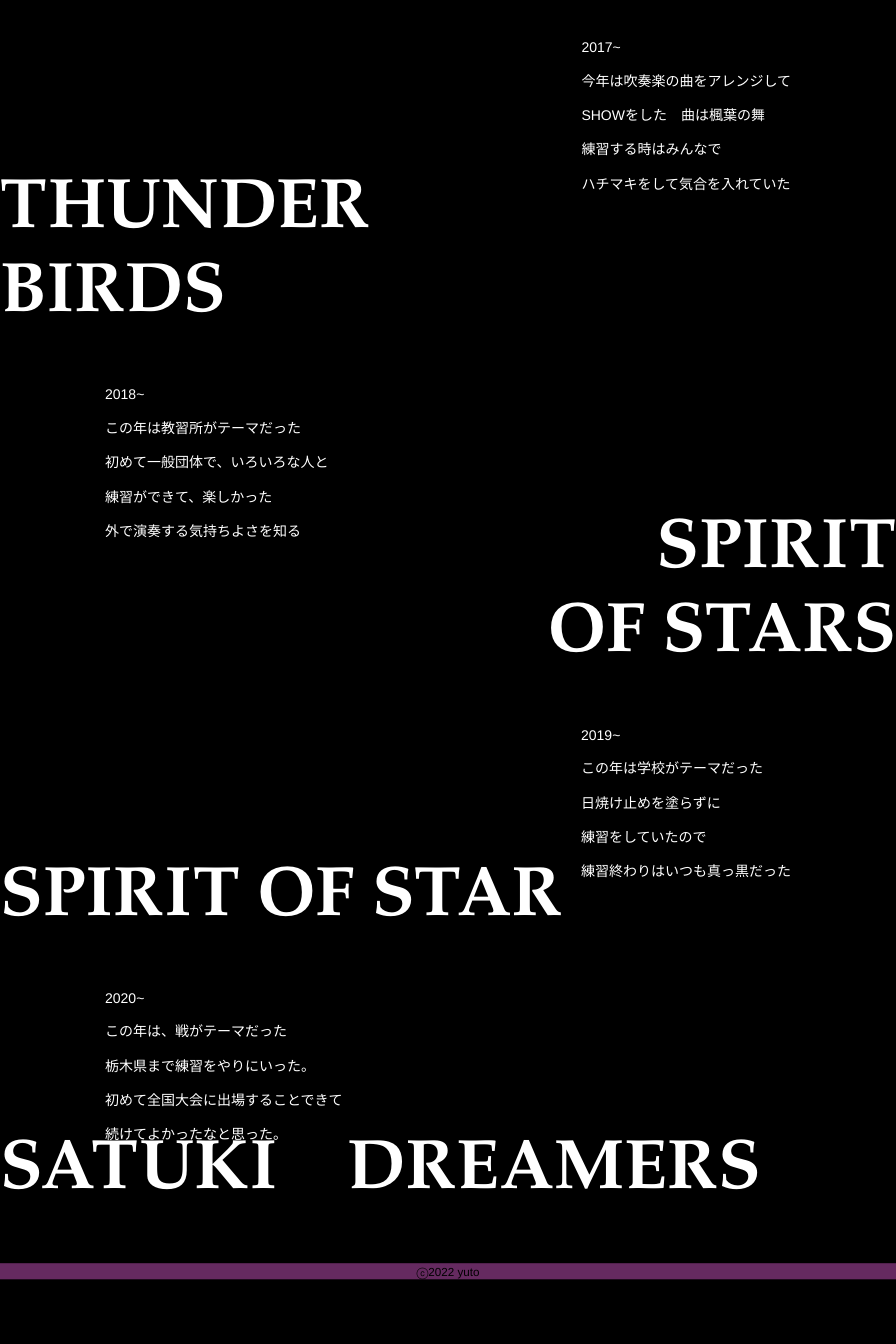
Repository: yutosoma/profile
Page: yuto/marching.html
The author's editor kept a record of every edit. The page is drawn from the files as they stood at one moment, then again after the next edit.
The browser window is 1280 px wide. The pictures show the part of the page from y = 1792 to 3712 px (the page is 3712 px tall), at 70% of full size.

Above is the page before.
Console error: TypeError: Cannot read properties of null (reading 'addEventListener')

### yuto/marching.html
<!DOCTYPE html>
<html lang="en">
<head>
    <meta charset="UTF-8">
    <link rel="stylesheet" href="marching.css">
    <meta name="viewport" content="width=device-width, initial-scale=1.0">
    <meta http-equiv="X-UA-Compatible" content="ie=edge">
    <title>マーチング</title>
</head>

<body>
    <h1>MARCHING HISTORY</h1>
    <div class ="top-container-left">
         <P><img src="image/mar1.png" class= "mar1"></P>
         <div class="explanation-left">
           <p>~2015~</p>
           <p>この年の曲はSMAPのメドレー</p>
           <P>曲中にダンスを取り入れたりして</P>
           <P>見ても楽しい、やっていても楽しい</P>
           <p>SHOWにすることができた</p>

         </div>
   </div>
   <h3 class="left">THUNDER<span class="br"></span> BIRDS</h3>
    <div class ="top-container-right">
         <div class="explanation-right">
          <P>2016~</P>
          <P>この年は桜メドレー</P>
          <P>傘など使った演出が好きだった</P>
          <P>一年やって少しは上手くなったと</P>
          <p>感じる瞬間が増えた</p>
         </div>
         <P><img src="image/mar2.png" class= "mar2"></P>
   </div>
   <h3 class="right">THUNDER<span class="br"></span> BIRDS</h3>
    <div class ="top-container-left">
         <P><img src="image/mar3.png" class= "mar3"></P>
         <div class="explanation-left">
           <P>2017~</P>
           <P>今年は吹奏楽の曲をアレンジして</P>
           <P>SHOWをした　曲は楓葉の舞</P>
           <P>練習する時はみんなで</P>
           <P>ハチマキをして気合を入れていた</P>
         </div>
   </div>
   <h3 class="left">THUNDER<span class="br"></span> BIRDS</h3>
    <div class ="top-container-right">
         <div class="explanation-right">
          <P>2018~</P>
          <P>この年は教習所がテーマだった</P>
          <P>初めて一般団体で、いろいろな人と</P>
          <P>練習ができて、楽しかった</P>
          <p>外で演奏する気持ちよさを知る</p>
         </div>
         <P><img src="image/mar4.png" class= "mar4"></P>
    </div>
   <h3 class="right">SPIRIT<span class="br"></span>OF STARS</h3>

    <div class ="top-container-left">
         <P><img src="image/mar5.png" class= "mar5"></P>
         <div class="explanation-left">
           <P>2019~</P>
           <P>この年は学校がテーマだった</P>
           <P>日焼け止めを塗らずに</P>
           <P>練習をしていたので</P>
           <P>練習終わりはいつも真っ黒だった</P>
         </div>
   </div>
   <h3 class="left">SPIRIT OF STAR</h3>
   <div class ="top-container-right">
         <div class="explanation-right">
          <P>2020~</P>
          <P>この年は、戦がテーマだった</P>
          <P>栃木県まで練習をやりにいった。</P>
          <P>初めて全国大会に出場することできて</P>
          <p>続けてよかったなと思った。</p>
         </div>
         <P><img src="image/mar6.png" class= "mar6"></P>
    </div>
    <h3 class="left">SATUKI　DREAMERS</h3>

    <script src="marching.js"></script>

   <footer>
        <small>ⓒ2022 yuto<small>
    </footer>

</body>
</html>

### yuto/marching.css
body{
 margin:0;
 background-color: black;
 font-family: 'Avenir','Helvetica Neue','Helvetica','Arial','Hiragino Sans','ヒラギノ角ゴシック',YuGothic,'Yu Gothic','メイリオ', Meiryo,'ＭＳ Ｐゴシック','MS PGothic'
}
.top-container-right {
display: flex;
margin-bottom: 200px;
text-align: right;
}
.top-container-left {
display: flex;
margin-bottom: 200px;
}
.mar1, .mar2, .mar3, .mar4, .mar5, .mar6 {
  padding: 10px;
  width: 50%;
  opacity: 0;
  transition-duration: 0.8s;
}
h1 {
    color: white;
    font-size: 190px;
    text-align: center;
    animation: blink-fast .3s linear infinite;
    font-family:"Book Antiqua";
    margin-bottom: 250px;
}
@keyframes blink-fast {
  0% {
    opacity: 0;
  }
  10% {
    opacity: 1;
  }
}


h3 {
  position: relative;
  bottom: 530px;
  font-size: 130px;
  text-align: center;
  margin-bottom: -420px;
  color: white;
  font-family:"Book Antiqua";
}
.explanation-left {
    color: white;
    position: relative;
    right:150px;
    top:10px;
    font-size: 20px;
    white-space: nowrap;

}
.explanation-right {
    color: white;
    position: relative;
    left:150px;
    top:10px;
    font-size: 20px;
    white-space: nowrap;
    text-align: left;
}
footer {
    margin-top: 30px;
    background-color:#652a60;
    font-color: black;
    font-size: 20px;
    text-align: center;
}

.is-scrollIn {
      opacity: 1;
      transform: translate(0, -100px);
    }

@media screen and (max-width: 1327px) {
  .left {
  position: relative;
  bottom: 530px;
  font-size: 100px;
  text-align: left;
  margin-bottom: -490px;
  color: white;
  font-family:"Book Antiqua";
}
.right {
  position: relative;
  bottom: 530px;
  font-size: 100px;
  text-align: right;
  margin-bottom: -490px;
  color: white;
  font-family:"Book Antiqua";
}
.br::after {
    content: "\A";
    white-space: pre;
}

}

### yuto/marching.js
const FADEIN_ELEM1 = document.getElementById('fadein1');

window.addEventListener('scroll', () => {
    const FADEIN_ELEM_TOP = FADEIN_ELEM1.getBoundingClientRect().top;
    const WINDOW_HEIGHT = window.innerHeight;
    if (WINDOW_HEIGHT > (FADEIN_ELEM_TOP + 200)) {
        FADEIN_ELEM1.classList.add('fadein-after');
    }else{
        FADEIN_ELEM1.classList.remove('fadein-after');
    }
});
/*---------------------------------------------------------*/
const FADEIN_ELEM2 = document.getElementById('fadein2');

window.addEventListener('scroll', () => {
    const FADEIN_ELEM_TOP = FADEIN_ELEM2.getBoundingClientRect().top;
    const WINDOW_HEIGHT = window.innerHeight;
    if (WINDOW_HEIGHT > (FADEIN_ELEM_TOP + 200)) {
        FADEIN_ELEM2.classList.add('fadein-after');
    }else{
        FADEIN_ELEM2.classList.remove('fadein-after');
    }
});
/*---------------------------------------------------------*/
const FADEIN_ELEM3 = document.getElementById('fadein3');

window.addEventListener('scroll', () => {
    const FADEIN_ELEM_TOP = FADEIN_ELEM3.getBoundingClientRect().top;
    const WINDOW_HEIGHT = window.innerHeight;
    if (WINDOW_HEIGHT > (FADEIN_ELEM_TOP + 200)) {
        FADEIN_ELEM3.classList.add('fadein-after');
    }else{
        FADEIN_ELEM3.classList.remove('fadein-after');
    }
});
/*---------------------------------------------------------*/
const FADEIN_ELEM4 = document.getElementById('fadein4');

window.addEventListener('scroll', () => {
    const FADEIN_ELEM_TOP = FADEIN_ELEM4.getBoundingClientRect().top;
    const WINDOW_HEIGHT = window.innerHeight;
    if (WINDOW_HEIGHT > (FADEIN_ELEM_TOP + 200)) {
        FADEIN_ELEM4.classList.add('fadein-after');
    }else{
        FADEIN_ELEM4.classList.remove('fadein-after');
    }
});
/*---------------------------------------------------------*/
const FADEIN_ELEM5 = document.getElementById('fadein5');

window.addEventListener('scroll', () => {
    const FADEIN_ELEM_TOP = FADEIN_ELEM5.getBoundingClientRect().top;
    const WINDOW_HEIGHT = window.innerHeight;
    if (WINDOW_HEIGHT > (FADEIN_ELEM_TOP + 200)) {
        FADEIN_ELEM5.classList.add('fadein-after');
    }else{
        FADEIN_ELEM5.classList.remove('fadein-after');
    }
});
/*---------------------------------------------------------*/
const FADEIN_ELEM6 = document.getElementById('fadein6');

window.addEventListener('scroll', () => {
    const FADEIN_ELEM_TOP = FADEIN_ELEM6.getBoundingClientRect().top;
    const WINDOW_HEIGHT = window.innerHeight;
    if (WINDOW_HEIGHT > (FADEIN_ELEM_TOP + 200)) {
        FADEIN_ELEM6.classList.add('fadein-after');
    }else{
        FADEIN_ELEM6.classList.remove('fadein-after');
    }
});
/*---------------------------------------------------------*/
const scroll_to_top_btn = document.querySelector('#scroll-to-top-btn');
scroll_to_top_btn.addEventListener( 'click' , scroll_to_top );

function scroll_to_top(){
	window.scroll({top: 0, behavior: 'smooth'});
};

window.addEventListener( 'scroll' , scroll_event );

function scroll_event(){

	if(window.pageYOffset > 400){
		scroll_to_top_btn.style.opacity = '1';
	}else	if(window.pageYOffset < 400){
		scroll_to_top_btn.style.opacity = '0';
	}

};

After the next edit:
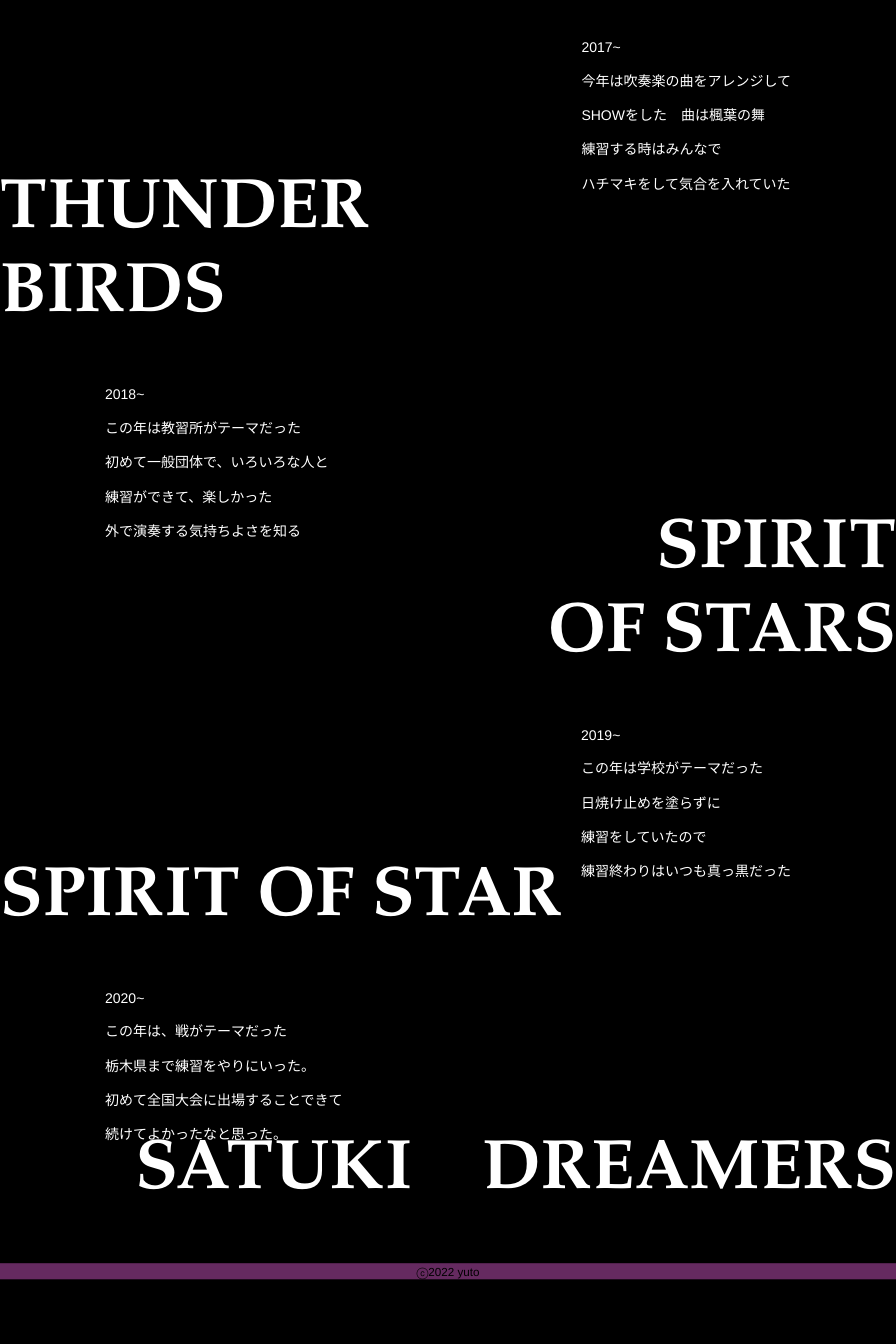
The edit:
--- a/yuto/marching.html
+++ b/yuto/marching.html
@@ -77,7 +77,7 @@
          </div>
          <P><img src="image/mar6.png" class= "mar6"></P>
     </div>
-    <h3 class="left">SATUKI　DREAMERS</h3>
+    <h3 class="right">SATUKI　DREAMERS</h3>
 
     <script src="marching.js"></script>
 
